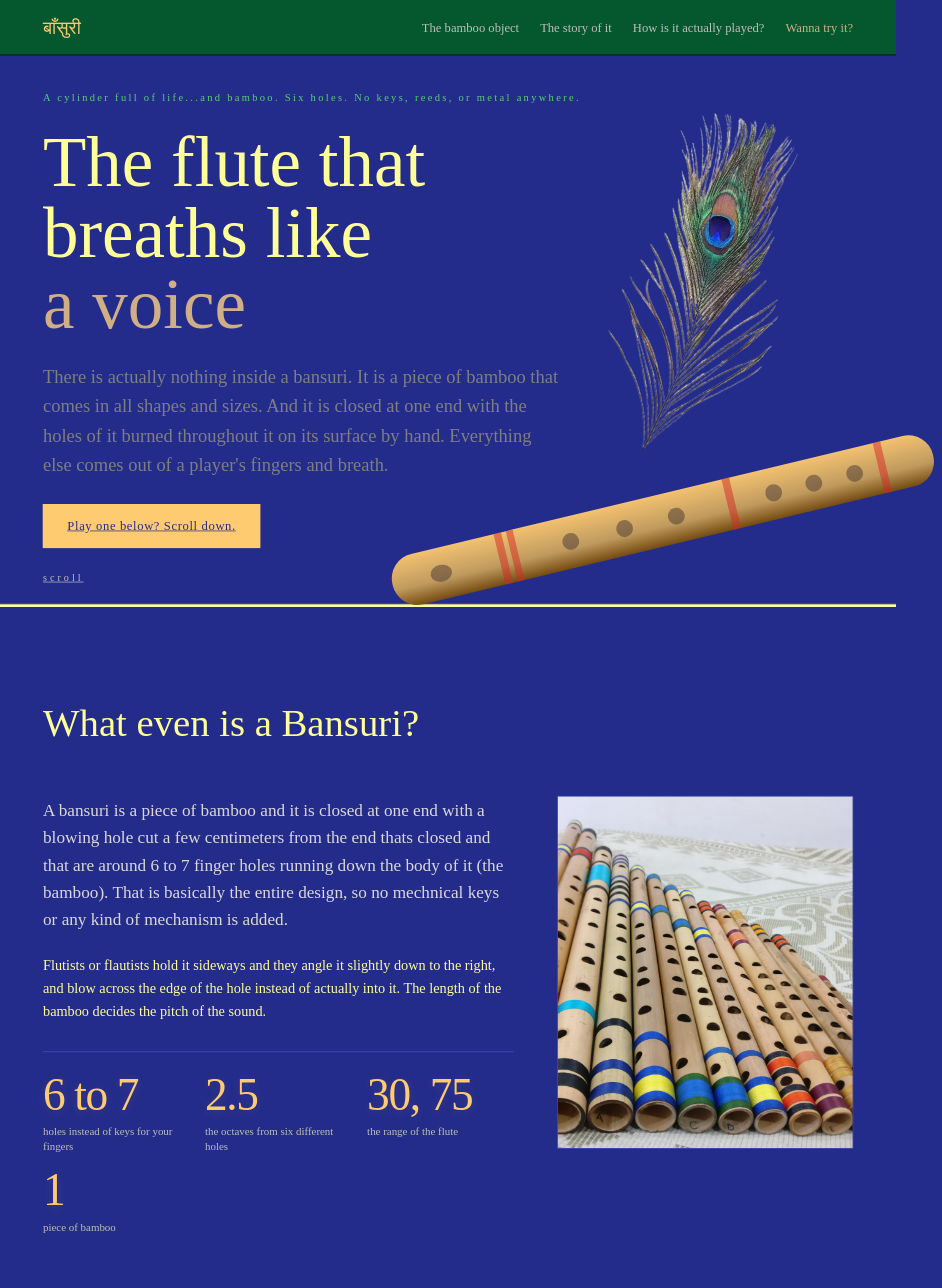
Repository: manayparikh1/Bansi
Page: index.html
An editor plug-in stored every save of this project. The page is shown before and after the next save, followed by the edit.
The browser window is 1280 px wide. The page is 1346 px wide, so the pictures cover 1346 px, including what lies to the right of the window. The pictures show the part of the page from y = 0 to 1840 px (the page is 7172 px tall), at 70% of full size.

Above is the page before, as saved 2026-10-12 12:08:16.

### index.html
<!DOCTYPE html>
<html lang="en">

<head>
    <meta charset="utf-8">
    <meta name="viewport" content="width=device-width, initial-scale=2.5">
    <title>Bansuri ——— the flute with NO keys</title>
    <link rel="preconnect" href="https://fonts.googleapis.com">
    <link rel="preconnect" href="https://fonts.gstatic.com" crossorigin>
    <link href="https://fonts.googleapis.com/css2?family=Marcellus&family=Jost:wght@300;400;500&display=swap"
        rel="stylesheet">
    <!-- Connected both files of css -->
    <link rel="stylesheet" href="style.css">
    <link rel="stylesheet" href="styled.css">

</head>

<body>
    <div class="stars"></div>
    <nav class="bar">
        <span class="mark">बाँसुरी</span>
        <div class="links">
            <a href="#what">The bamboo object</a>
            <a href="#story">The story of it</a>
            <a href="#play">How is it actually played?</a>
            <a href="#studio" class="hot">Wanna try it?</a>
        </div>
    </nav>
    <!-- ===Hero=== -->
    <header class="hero" id="top">
        <div class="hero-inner">
            <p class="eyebrow">A cylinder full of life...and bamboo. Six holes. No keys, reeds, or metal anywhere.</p>
            <h1>The flute that<br>breaths like<br><em>a voice</em></h1>
            <p class="stand">
                There is actually nothing inside a bansuri. It is a piece of bamboo that comes in all shapes and sizes.
                And it is closed at one end with the holes of it burned throughout it on its surface by hand. Everything
                else comes out of a player's fingers and breath.
            </p>
            <a class="cta" href="#studio">Play one below? Scroll down.</a>
            <img class="hero-feather" src="images/feather.png" alt="">
        </div>

        <div class="hero-flute">
            <div class="tube big">
                <span class="node n1"></span>
                <span class="node n2"></span>
                <span class="node n3"></span>
                <span class="node n4"></span>
                <span class="blow"></span>
                <span class="hole h0"></span>
                <span class="hole h1"></span>
                <span class="hole h2"></span>
                <span class="hole h3"></span>
                <span class="hole h4"></span>
                <span class="hole h5"></span>
            </div>
        </div>
        <a class="scroll-hint" href="#what">scroll</a>
    </header>




    <!-- ==1. the object-->
    <section class="band" id="what">
        <div class="wrap two-col">
            <div class="col-head">
                <h2>What even is a Bansuri?</h2>
            </div>
            <div class="body-with-img">
                <div class="col-body">
                    <p class="lead">
                        A bansuri is a piece of bamboo and it is closed at one end with a blowing hole cut a few
                        centimeters
                        from the end thats closed and that are around 6 to 7 finger holes running down the body of it
                        (the
                        bamboo). That is basically the entire design, so no mechnical keys or any kind of mechanism is
                        added.
                    </p>
                    <p>
                        Flutists or flautists hold it sideways and they angle it slightly down to the right, and blow
                        across
                        the edge of the hole instead of actually into it. The length of the bamboo decides the pitch of
                        the
                        sound.
                    </p>
                    <div class="facts">
                        <div class="fact">
                            <b>6 to 7</b>
                            <span>holes instead of keys for your fingers</span>
                        </div>
                        <div class="fact"><b>2.5</b><span>the octaves from six different holes</span></div>
                        <div class="fact"><b>30, 75</b><span>the range of the flute</span></div>
                        <div class="fact"><b>1</b><span>piece of bamboo</span></div>
                    </div>
                </div>
                <figure class="side-img">
                    <img src="images/flute.png" alt="A bamboo flute with holes">
                </figure>
            </div>

            <p class="aside-note">
                The same exact instrument turns up across the subcontinent under dozens of names for example bansi,
                marali,
                pullankuzhal, and venuvu and in the south its called venu which is basically a type of bansuri and it
                has I
                think eight holes and it plays with a bright tone in my opinion.
            </p>
        </div>
    </section>
    <!-- == 2.story -->
    <section class="band tint" id="story">

        <div class="wrap two-col">
            <div class="col-head">
                <h2>From being a cow herdler to performing in a concert hall.</h2>
            </div>
            <div class="col-body">
                <p class="hello">
                    The bamboo flute (bansuri) is so old that nobody can actuall date it. And it is carved into various
                    religious temple walls like Buddhist, Hindu, and Jain. It is super important for Krishna, who is a
                    Hindu god that is depicted for playing the most beautiful flute scales EVER.
                </p>
                <p>
                    Honestly for most of the history it pretty much stayed as a folk instrument. It was small and played
                    in villages and it did not appear on atleast one Hindustani conert stage at all and that all changed
                    one <strong>lifetime</strong>.
                </p>

                <div class="people">
                    <div class="person">
                        <p class="years">1911-1960</p>
                        <h3>Pannalal Ghosh</h3>
                        <p>
                            He was born in Barisal and he rebuilt the instrument to make it fit for classical music. And
                            it was much more longer than any other flute that time, around 32 inches I believe. It
                            dropped the pitch and gave it the sustain effect a raga needs. He popularized the seventh
                            hole and studied under someone named Allauddin Khan. Before him the bansuri was not even a
                            concert instrument, it was used only for village songs. But he made such a big change that
                            after him it was.
                        </p>
                    </div>
                    <div class="person">
                        <p class="years">Born on 1938</p>
                        <h3>Hariprasad Chaurasia</h3>
                        <p>
                            He is still alive today and one of my favourite flute players in the world. He carried it
                            out of India. Fifty years of recordings across most of the major ragas. He taught gurukul in
                            Vrindavan, and collabed with Western musicians and he gave the bansuri a profile thats
                            comparable with the sitar.
                        </p>
                    </div>
                    <div class="col-body">
                        <figure class="story-img">
                            <img src="images/krishna.jpg" alt="Lord Krishna playing the bansuri">
                        </figure>

                    </div>

                </div>
                <p class="tabla">
                    In a performance the bansuri is usually joined by another Indian instrument called the Tabla, which
                    many of you have heard. It is used for rhythm and a tanpura droning underneath, holding the tonic of
                    the bansuri so the never loses its pitch. You can switch that drone on in the studio below.
                    <strong>Try it</strong>.
                </p>
            </div>
        </div>
    </section>
    <!--==3. how is it ac played-->
    <section class="band" id="play">
        <div class="wrap two-col">

            <div class="col-head">
                <h2>Why having no keys is basically the whole point!</h2>
            </div>

            <div>
                <div class="col-body">
                    <p class="lead">
                        A western flute gives you a key per every note. Press it and you get the note and the pitch
                        between two keys does not exist (some of you may not understand what I am saying here but thats
                        fine). The bansuri has nothing buton open holes and the pads of your fingers, which sounds super
                        good for bansuri because you can add sounds that are not even possible on the western flute by
                        sliding and gliding your fingers. (I'll show you a audio recording of me playing in the very
                        bottom).
                    </p>
                    <p>
                        Because a finger can cover a hole halfway, or a third of the way, or roll slowly off it, the
                        player has every pitch between the notes. That is how the flats and sharps of different ragas
                        are found on an instrument with holes that are fixed and it is how a bansuri slides from one
                        note into the next into a single breath.
                    </p>
                    <p>
                        The seven swaras are <b>Sa Re Ga Ma Pa Dha Ni</b>, and Sa is not a fixed frequency surprisingly.
                        It is wherever the flute of the player sits.
                    </p>
                    <div class="swara-row">
                        <span>सा<i>Sa</i></span><span>रे<i>Re</i></span><span>ग<i>Ga</i></span>
                        <span>म<i>Ma</i></span><span>प<i>Pa</i></span><span>ध<i>Dha</i></span>
                        <span>नि<i>Ni</i></span>
                    </div>
                </div>
            </div>
        </div>
    </section>
    <!-- ===4.Studio=== -->
    <section class="thestudio" id="thestudio">
        <div class="wrap">
            <header class="thestudio-head">
                <p class="gold">The studio</p>
                <h2>Play it <strong>without</strong> blowing</h2>
                <p class="thestudio-sub">
                    Press the swara pads or use the row of your keyboard
                    <kbd>A</kbd><kbd>S</kbd><kbd>D</kbd><kbd>F</kbd><kbd>G</kbd><kbd>H</kbd><kbd>J</kbd><kbd>K</kbd>.
                    Hold a note to keep it sustained and the flute above will show you which holes a real player would
                    be covering (as an example).
                </p>
            </header>
            <!-- the main primary instrument with the actually tube creation-->
            <div class="instrument" id="theflute">
                <div class="tube">
                    <span class="node n1"></span>
                    <span class="node n2"></span>
                    <span class="node n3"></span>
                    <span class="blow"></span>
                    <span class="hole h0" id="h0"></span>
                    <span class="hole h1" id="h1"></span>
                    <span class="hole h2" id="h2"></span>
                    <span class="hole h3" id="h3"></span>
                    <span class="hole h4" id="h4"></span>
                    <span class="hole h5" id="h5"></span>
                    <!-- only these much holes are enough because its good for beginners. -->
                </div>
                <p class="breath" id="breath">resting</p>
            </div>
            <!-- Controls -->
            <div class="thedesk">
                <div class="set">
                    <p class="set-label">Raga Colour</p>
                    <div class="thechips" id="thaats">
                        <button type="button" class="chip on" data-thaat="bilwal">Bilwal<i>all natural</i></button>
                        <button type="button" class="chip" data-thaat="yaman">Yaman<i>Ma is sharp</i></button>
                        <button type="button" class="chip" data-thaat="bhairav">Bhairav<i>Re and Dha is flat</i>
                        </button>
                        <button type="button" class="chip" data-thaat="kafi">Kafi<i>Ga and Ni is flat</i></button>
                    </div>
                </div>
                <div class="set">
                    <p class="set-label">Length of the bamboo</p>
                    <div class="thechips" id="sizes">
                        <button type="button" class="chip" data-base="220.00">Long<i>deep</i></button>
                        <button type="button" class="chip on" data-base="293.66">Medium<i>middle</i></button>
                        <button type="button" class="chip" data-base="392.00">Short<i>bright</i></button>
                    </div>
                </div>
            </div>
            <div class="set">
                <p class="set-label">Tanpura</p>
                <div class="thechips">
                    <button type="button" class="chip" id="drone">Drone Off</button>
                </div>
            </div>
            <!-- Swara pads for the fingerings virtual padss-->
            <div class="thepads" id="thepads"></div>
            <p class="thefootnote">
                It has real fingering and it is super simplified: the lower four swaras are created by uncovering the
                holes
                one at a time at any speed you want, and the upper four repeat those shapes while the player blows
                harder
                with more embochure to jump an octave (I will show you that later). The flats and sharps that seperate
                one
                raga from another are actually found by covering half the hole, which a mouse, cursor or whatever you
                are
                using to test will not be able to imitate. So you need a real one for that.
            </p>
        </div>
    </section>
    <!-- My flute gallery with audio -->

    <section class="gallery">
        <div class="wrap">
            <p class="gold">My Bansuri/Flute</p>
            <h2>Hear me <strong>Play</strong></h2>
            <p class="galsub">
                A few recordings of me playing the bamboo flute.
            </p>
            <div class="galcard">
                <audio controls>
                    <source src="audios/flute1.m4a" type="audio/mp4">
                    Your browser does <strong>NOT</strong> support audio.
                </audio>
                <h3>My Bansuri</h3>
                <p>This is a short audio of my playing the flute.</p>
            </div>
            <div class="galcard">
                <audio controls>
                    <source src="audios/flute3.mp3" type="audio/mpeg">
                    Your browser does <strong>NOT</strong> support audio.
                </audio>
                <h3>Another Performance</h3>
                <p>One of my fav recordings in my life.</p>
            </div>
            <div class="galcard">
                <audio controls>
                    <source src="audios/flute2.m4a" type="audio/mp4">
                    Your browser does <strong>NOT</strong> support audio.
                </audio>
                <h3>Bollywood Flute</h3>
                <p>Another audio of me playing</p>
            </div>
        </div>
    </section>

    <!-- this is written in devanagri and it is written the same in hindi and nepali बाँसुरी : flute-->
    <footer class="foot">
        <div class="wrap">
            <p class="foot-big">बाँसुरी</p>
            <p>A page about a hollow stick that has been around for thousands of years can play as if it sings. It has
                no keys, buttons, reeds, or metal. It just has 6-7 holes and a players breath and fingers.</p>
            <p class="small">The sound is generated live with the Web Audio API. And it is built with Javascript, HTML,
                and CSS all on VS Code.</p>
        </div>
    </footer>
    <script src="script.js"></script>
</body>

</html>

### style.css
:root {
    --night: #242c8b;
    --violet: #404fc0;
    --deep: #a4afff;
    --cream: #ffff99;
    --bamboo: hsl(38, 100%, 72%);
    --bamboo2: #C9A15c;
    --marigold: #d0ae86;
    --rose: #f9775a;
    --peacock: #55cf78;
    --muted: #bfbdbd;
    --wrap: 1360px;
    --pad: clamp(20px, 4vw, 64px);
    --comicfonts-allofthem: 'Comic Sans MS', 'Comic Sans', 'Chalkboard SE';
}

* {
    box-sizing: border-box;
}

html {
    scroll-behavior: smooth;
}

body {
    margin: 0;
    color: var(--cream);
    background: var(--night);
    font-family: var(--comicfonts-allofthem);
    font-size: 17px;
    font-weight: 300;
    line-height: 1.6;
    overflow-x: hidden;
}

h1,
h2,
h3 {

    font-family: var(--comicfonts-allofthem);
    font-weight: 410;
    margin: 0;
    line-height: 1.0;
}

p {
    margin: 0 0 1.2em;
}

p:last-child {
    margin-bottom: 18px;
}

b {
    font-weight: 500;
    color: var(--bamboo);
}

em {
    font-style: normal;
    color: var(--marigold);
}

.wrap {
    width: 100%;
    max-width: var(--wrap);
    margin: 0 auto;
    padding: 0 var(--pad);
}



/*-- Nav --*/
.bar {
    top: 0;
    z-index: 25;
    /*GAP between the yellow hindi word and the buttons beside it*/
    display: flex;
    justify-content: space-between;
    align-items: center;
    gap: 22px;
    border-bottom: 1px solid #000000;
    padding: 15px var(--pad);
    background: rgba(0, 93, 31, 0.87);
}

.mark {
    font-size: 22px;
    font-family: var(--comicfonts-allofthem);
    color: var(--bamboo);
}

.links {
    display: flex;
    gap: 25px;
    flex-wrap: wrap;
}

.body-with-img {
    display: grid;
    grid-template-columns: 66ch minmax(220px, 1fr);
    gap: clamp(24px, 4vw, 60px);
    align-items: start;
}

.side-img {
    margin: 0;
}

.side-img img {

    display: block;
    width: 100%;
    height: 420px;
    aspect-ratio: 4 / 5;
    /*Basically a vertical rectangle*/
    object-fit: cover;
    border: 1px solid var(--violet);
}

@media (max-width: 900px) {
    .body-with-img {
        grid-template-columns: 1fr;
    }
}




.links a {
    font-size: 15px;
    color: var(--muted);
    text-decoration: none;
}

.links a:hover {
    color: var(--cream);
}

/* No matter what, marigold should be used for the hot class,
so !important is added to override any other styles that may be applied to it. */
.hot {
    color: var(--marigold) !important;
}

/*hero*/
/* I change the view height a bit to make it more visually appealing */
.hero {
    position: relative;
    display: flex;
    flex-direction: column;
    justify-content: center;
    padding: 40px var(--pad) 70px;
}

.hero-inner {
    max-width: 680px;
}

.eyebrow {
    font-size: 12.5px;
    letter-spacing: 0.22em;
    color: var(--peacock);
    margin-bottom: 25px;
}

.eyebrow.g {
    color: var(--marigold);
}

h1 {
    font-size: clamp(42px, 6.6vw, 96px);
    margin-bottom: 26px;
}

.stand {
    max-width: 56ch;
    font-size: clamp(17px, 2.1vw, 22px);
    color: #7f7f7f;
    margin-bottom: 29px;
}

.cta {
    display: inline-block;
    letter-spacing: 0.05em;
    background: var(--bamboo);
    padding: 14px 29px;
    font-size: 15px;
    color: var(--night);
}

.cta:hover {
    background: var(--marigold);
}

.hero-flute {
    position: absolute;
    right: -5%;
    bottom: 11%;
    width: 62%;
    max-width: 890px;
    transform: rotate(-13.5deg);
    opacity: 0.945;
    pointer-events: none;
    animation: float 9s ease-in-out infinite;
}

/*helps with the animation of the design*/
.scroll-hint {
    position: absolute;
    left: var(--pad);
    bottom: 25px;
    letter-spacing: 0.3em;
    color: var(--muted);
    font-size: 12px;
}

.tabla {
    margin: 26px;
    padding: 18px 22px;
    border-left: 2px solid var(--peacock);
    color: var(--muted);
    font-size: 15px;
}

/*bambooo*/
.instrument {
    max-width: 640px;
    margin: 0 auto 34px;
}

.tube {
    position: relative;
    border-radius: 26px;
    height: 54px;
    background: linear-gradient(180deg, var(--bamboo) 0%, var(--bamboo2) 62%, #7a4e0b 100%);
}

/*be careful of spacing because there was syntax-errors*/
.tube.big {
    height: 62px;
    border-radius: 30px;
}

.node {
    position: absolute;
    top: 0;
    bottom: 0;
    width: 9px;
    background: rgba(223, 41, 31, 0.5)
}

.n1 {
    left: 22%
}

.n2 {
    left: 62%;
}

.n3 {
    left: 90%;
}

.n4 {
    left: 19.8%;
}

.blow {
    position: absolute;
    left: 7%;
    top: 50%;
    width: 26px;
    height: 20px;
    margin-top: -10px;
    border-radius: 50%;
    background: rgba(73, 55, 46, 0.5);
}

.hole {
    position: absolute;
    top: 50%;
    width: 20px;
    height: 20px;
    margin-top: -11px;
    border-radius: 50%;
    background: rgba(73, 55, 46, 0.5);
    transition: background 0.09s, box-shadow 0.09s;
}

.h0 {
    left: 31.5%;
}

.h1 {
    left: 41.5%;
}

.h2 {
    left: 51%;
}

.h3 {
    left: 69%;
}

.h4 {
    left: 76.5%;
}

.h5 {
    left: 84%;
}

/*--the bands*/
/*it is the titles of the whole thing (very important for looks+organization*/
.band {
    padding: clamp(70px, 9vw, 130px) 0;
    /*gives it good spacing from top/bottom*/
    box-shadow: 0 -3px 0 0 var(--cream), 0 -4px 0 0 rgba(201, 161, 92, 0.4);
}

.two-col {
    display: grid;
    grid-template-columns: 1fr;
    gap: clamp(28px, 5vw, 80px);
    align-items: start;

}

.num {
    font-family: var(--comicfonts-allofthem);
    color: var(--rose);
    margin-bottom: 15px;
    font-size: 16px;
}

Loaded but not shown: script.js (57 lines, source omitted); styled.css (508 lines, source omitted)

After the next save:
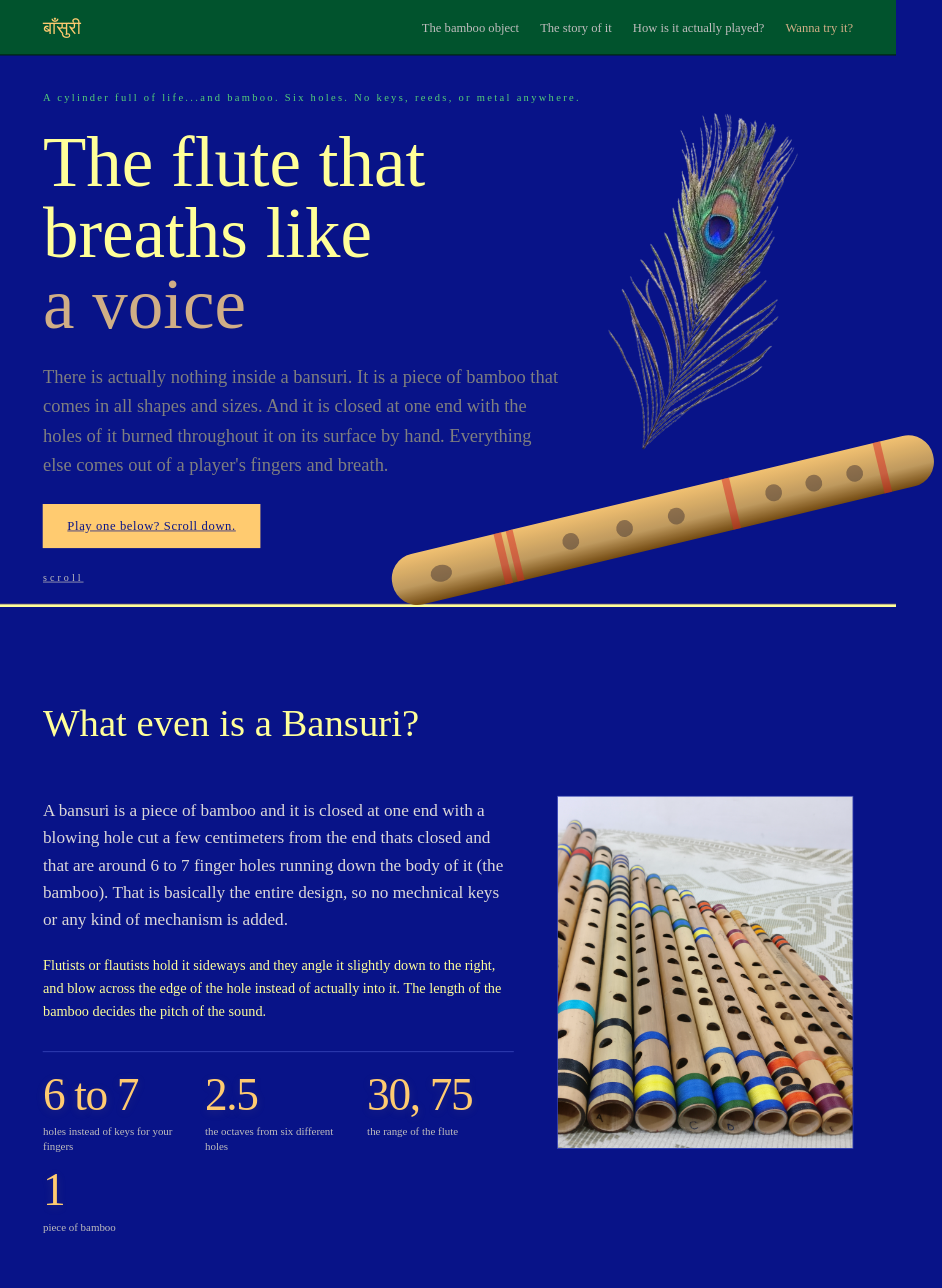
Saved 35 s later.
--- a/style.css
+++ b/style.css
@@ -1,5 +1,5 @@
 :root {
-    --night: #242c8b;
+    --night: #081388;
     --violet: #404fc0;
     --deep: #a4afff;
     --cream: #ffff99;
